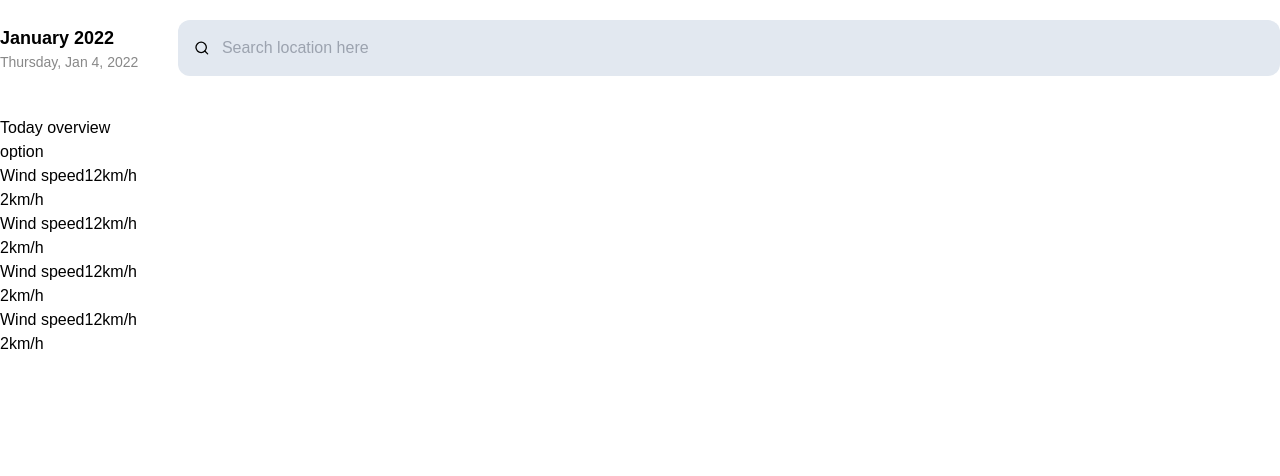
Repository: theweirdboiz/datawarehouse-ui
Page: /
These files come from the project's save history. The page is drawn as it stood at one moment and after the next save; the edit follows.
The browser window is 1280 px wide. The pictures show the whole page.
The project was rebuilt for these pictures with package versions that can differ from the ones it lists, and the page was loaded fresh each time. Also part of the build but not shown: vite.config.js.

Above is the page before, as saved 2022-11-23 16:09:39.

### index.html
<!DOCTYPE html>
<html lang="en">
  <head>
    <meta charset="UTF-8" />
    <link rel="icon" type="image/svg+xml" href="/vite.svg" />
    <meta name="viewport" content="width=device-width, initial-scale=1.0" />
    <title>Weather - Datawarehouse</title>
  </head>
  <body>
    <div id="root"></div>
    <script type="module" src="/src/main.jsx"></script>
  </body>
</html>

### src/App.jsx
import { useState } from "react";
import { FiSearch } from "react-icons/fi";
function App() {
  const date = "font-[900] text-lg";
  const detailDate = "text-sm text-[#888]";

  return (
    <div className="container mx-auto">
      <div className="">
        <section className="content">
          <div className="mt-[20px] flex items-center gap-x-10 mb-10">
            <div className="flex-col">
              <h3 className={date}>January 2022</h3>
              <div className={detailDate}>Thursday, Jan 4, 2022</div>
            </div>
            <div className="content__search p-4 flex items-center gap-x-3 flex-1 rounded-xl bg-slate-200">
              <FiSearch />
              <input
                className="w-full bg-transparent"
                type="text"
                placeholder="Search location here"
              />
            </div>
          </div>
          <div className="content__detail">
            <div className="">
              <h4>Today overview</h4>
              <div className="">option</div>
              <div className="content__detail-box">
                <div className="content__detail-item">
                  <i></i>
                  <div className="speed">
                    Wind speed
                    <span>12km/h</span>
                  </div>
                  <span>2km/h</span>
                </div>
                <div className="content__detail-item">
                  <i></i>
                  <div className="speed">
                    Wind speed
                    <span>12km/h</span>
                  </div>
                  <span>2km/h</span>
                </div>
                <div className="content__detail-item">
                  <i></i>
                  <div className="speed">
                    Wind speed
                    <span>12km/h</span>
                  </div>
                  <span>2km/h</span>
                </div>
                <div className="content__detail-item">
                  <i></i>
                  <div className="speed">
                    Wind speed
                    <span>12km/h</span>
                  </div>
                  <span>2km/h</span>
                </div>
              </div>
            </div>
          </div>
        </section>
      </div>
    </div>
  );
}

export default App;

### src/index.scss
@tailwind base;
@tailwind components;
@tailwind utilities;

@layer base {
  @import url("https://fonts.googleapis.com/css2?family=Poppins:wght@300;500;600;900&display=swap");

  *,
  *::before,
  *::after {
    box-sizing: border-box;
  }
  * {
    margin: 0;
    padding: 0;
  }
  body {
    line-height: 1.5;
    font-family: "Poppins", sans-serif;
  }
  img,
  picture,
  video,
  canvas,
  svg {
    display: block;
    max-width: 100%;
  }
  input,
  button,
  textarea,
  select {
    outline: none;
  }
  p,
  h1,
  h2,
  h3,
  h4,
  h5,
  h6 {
    overflow-wrap: break-word;
  }
}

Loaded but not shown: src/main.jsx (common file); tailwind.config.cjs (common file)

After the next save:
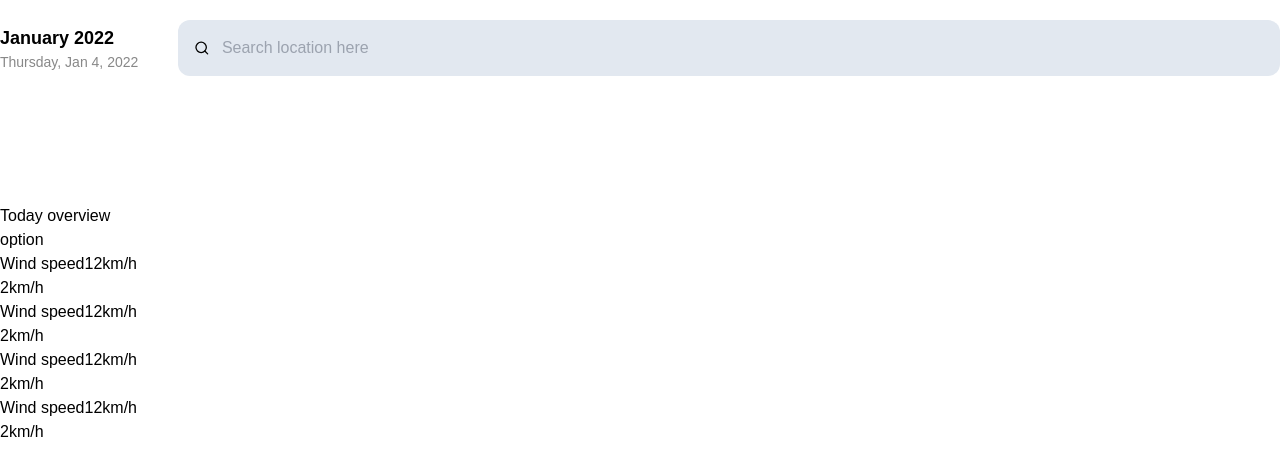
Saved 16 s later.
--- a/src/App.jsx
+++ b/src/App.jsx
@@ -8,7 +8,7 @@ function App() {
     <div className="container mx-auto">
       <div className="">
         <section className="content">
-          <div className="mt-[20px] flex items-center gap-x-10 mb-10">
+          <div className="mt-[20px] flex items-center gap-x-10 mb-32">
             <div className="flex-col">
               <h3 className={date}>January 2022</h3>
               <div className={detailDate}>Thursday, Jan 4, 2022</div>
